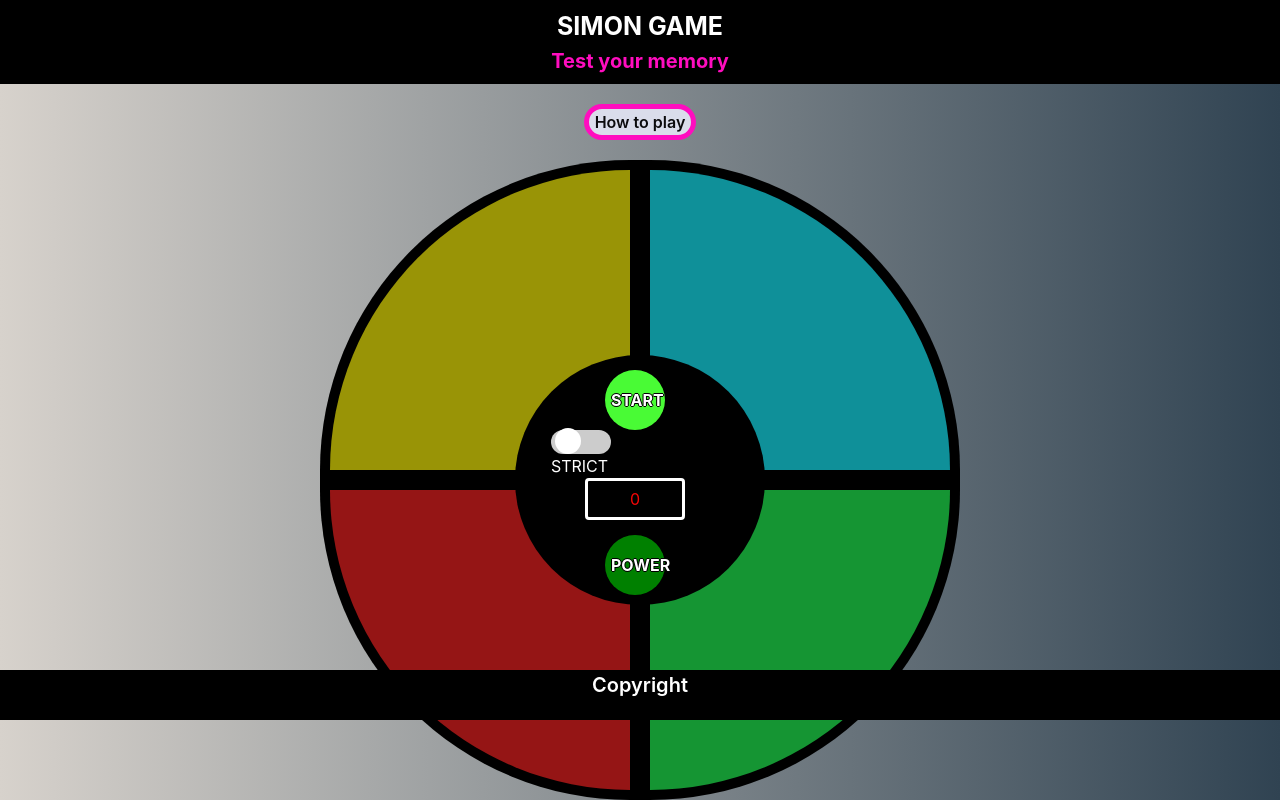
Repository: murphya14/Simon-game
Page: index.html
The author's editor kept a record of every edit. The page is drawn from the files as they stood at one moment, then again after the next edit.
The browser window is 1280 px wide. The pictures show the whole page.

Above is the page before.

After the next edit:
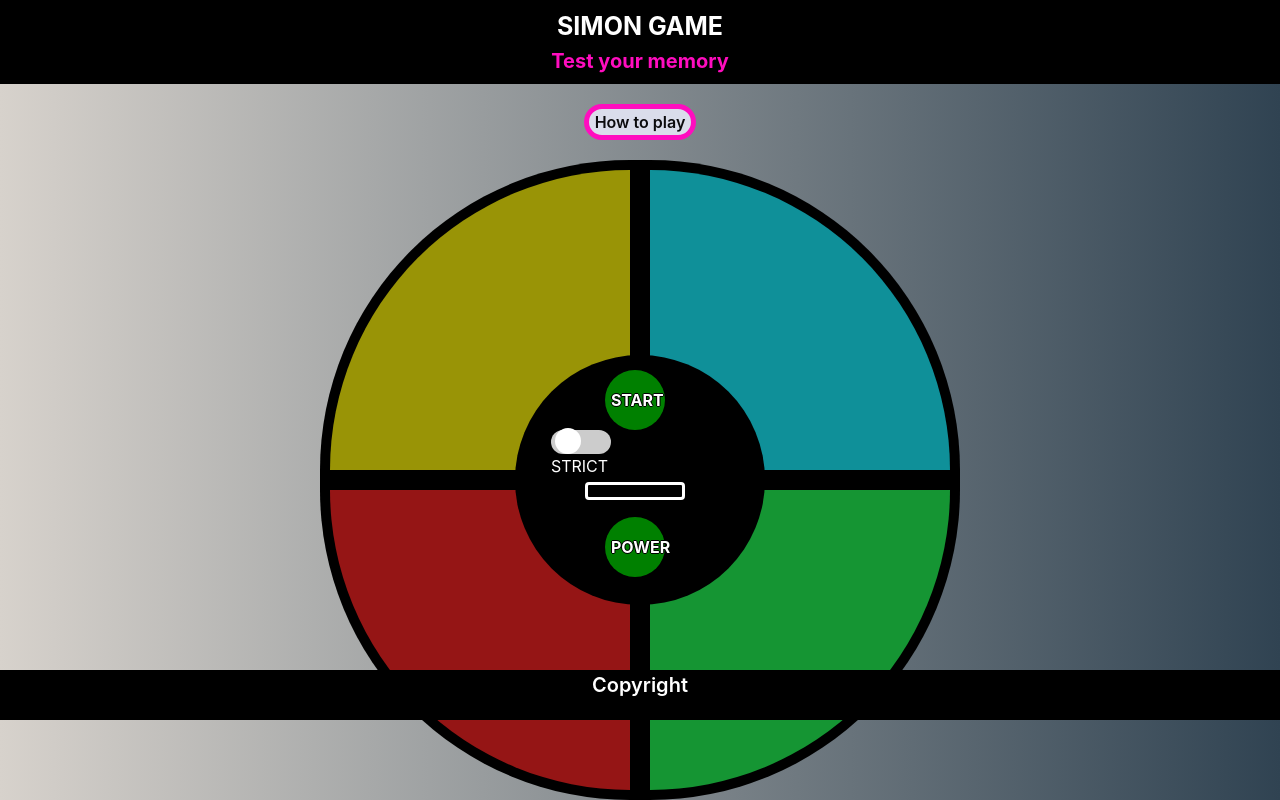
Console error: SyntaxError: Unexpected token ';'
The edit:
--- a/assets/js/make.js
+++ b/assets/js/make.js
@@ -80,7 +80,7 @@
 
 
  /*--------------------------------------------------------------------------------- What happens when start is clicked */
-
+while( on =true;){
 $("#start").click(function() {
       $("#start").addClass("begin-game-start");
       checkStrict();
